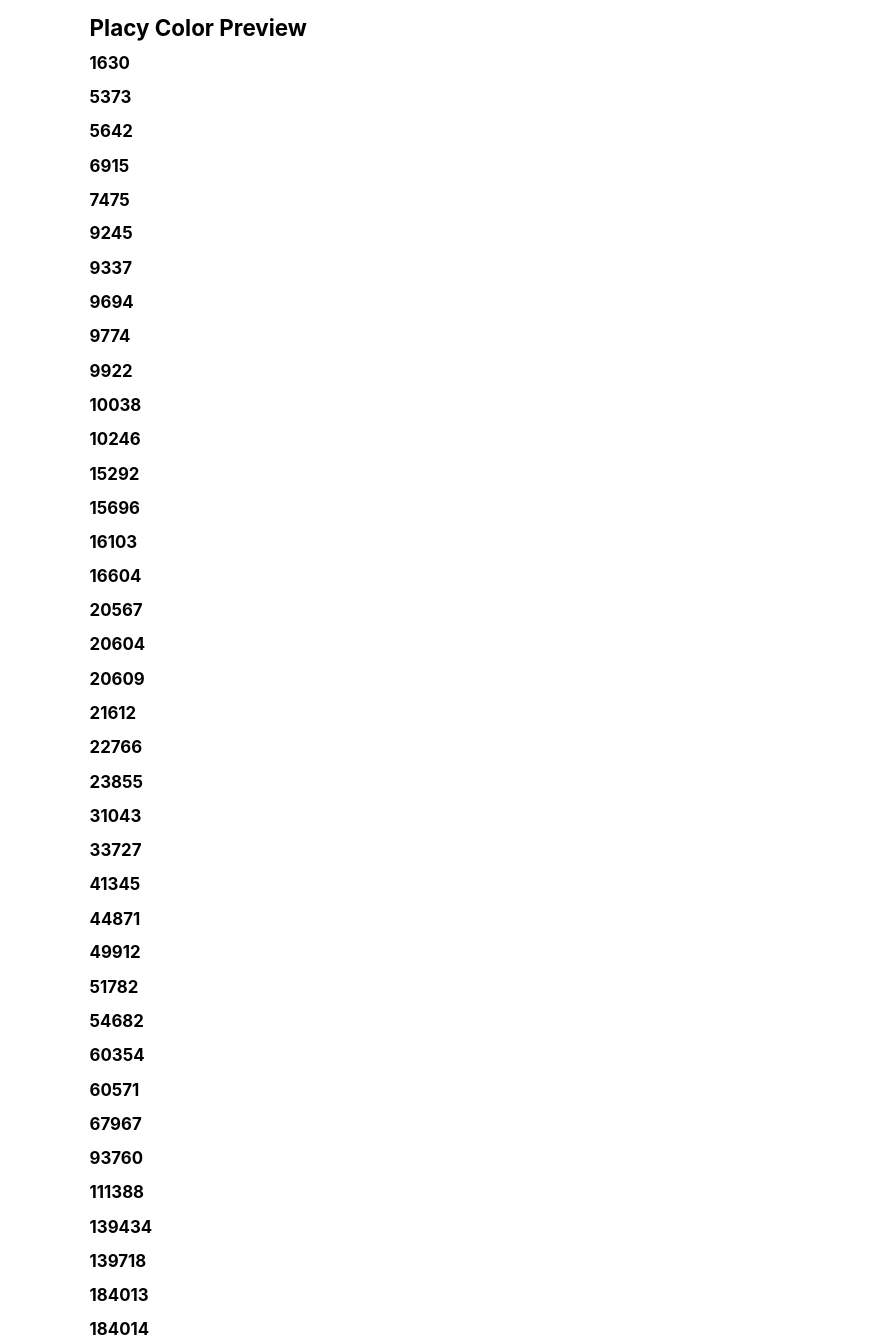
Repository: hideodaikoku/color-viewer
Page: /
An editor plug-in stored every save of this project. The page is shown before and after the next save, followed by the edit.
The browser window is 1280 px wide. The pictures show the part of the page from y = 0 to 1920 px (the page is 4232 px tall before and 4264 px after), at 70% of full size.
The project was rebuilt for these pictures with package versions that can differ from the ones it lists, and the page was loaded fresh each time. Also part of the build but not shown: src/styles/card.module.css.

Above is the page before, as saved 2021-07-06 02:22:26.

After the next save:
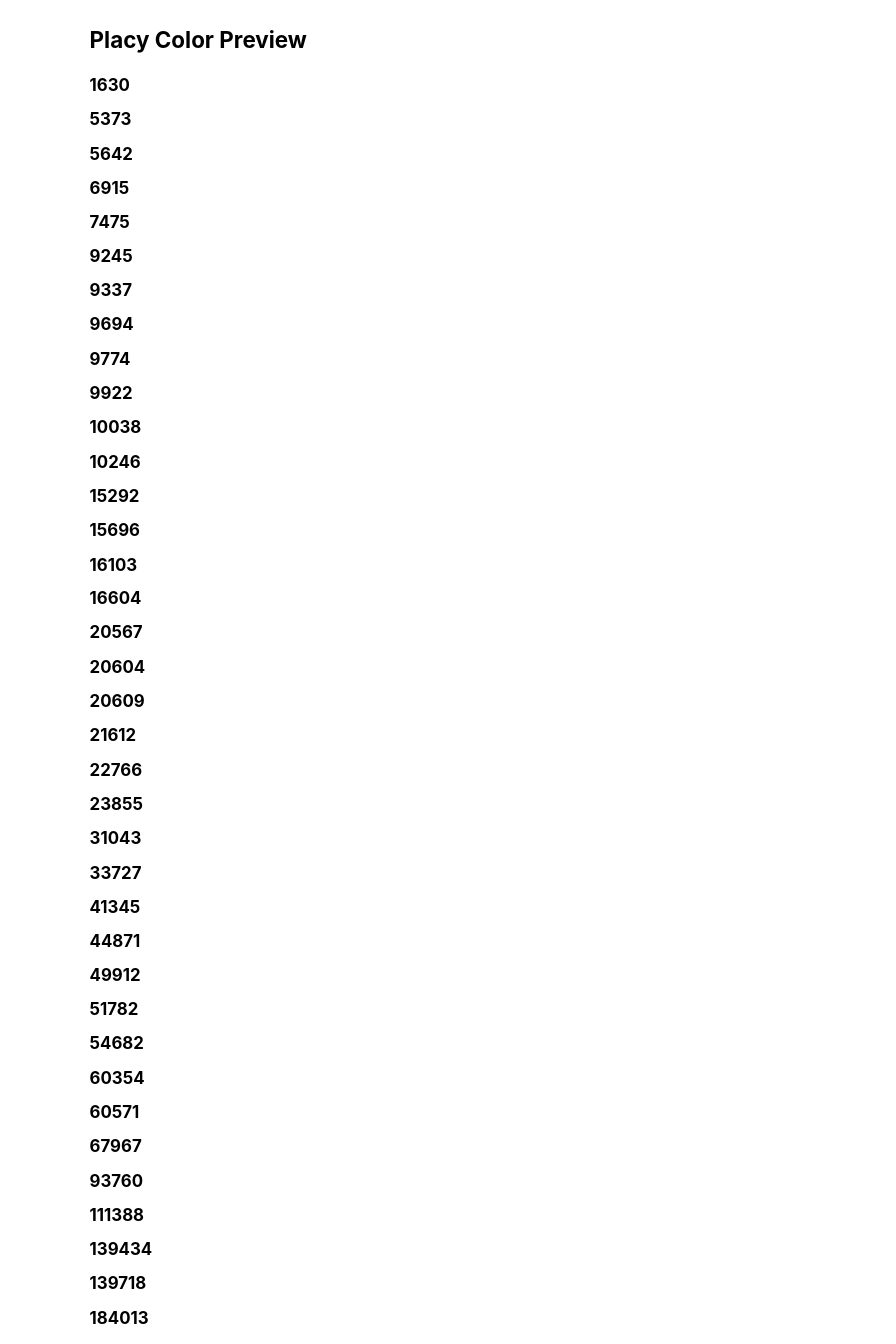
Saved 13 s later.
--- a/src/styles/main.module.css
+++ b/src/styles/main.module.css
@@ -6,5 +6,5 @@
 
 .header{
     height: 2rem;
-    padding: 0;
+    padding: 1rem 0;
 }
